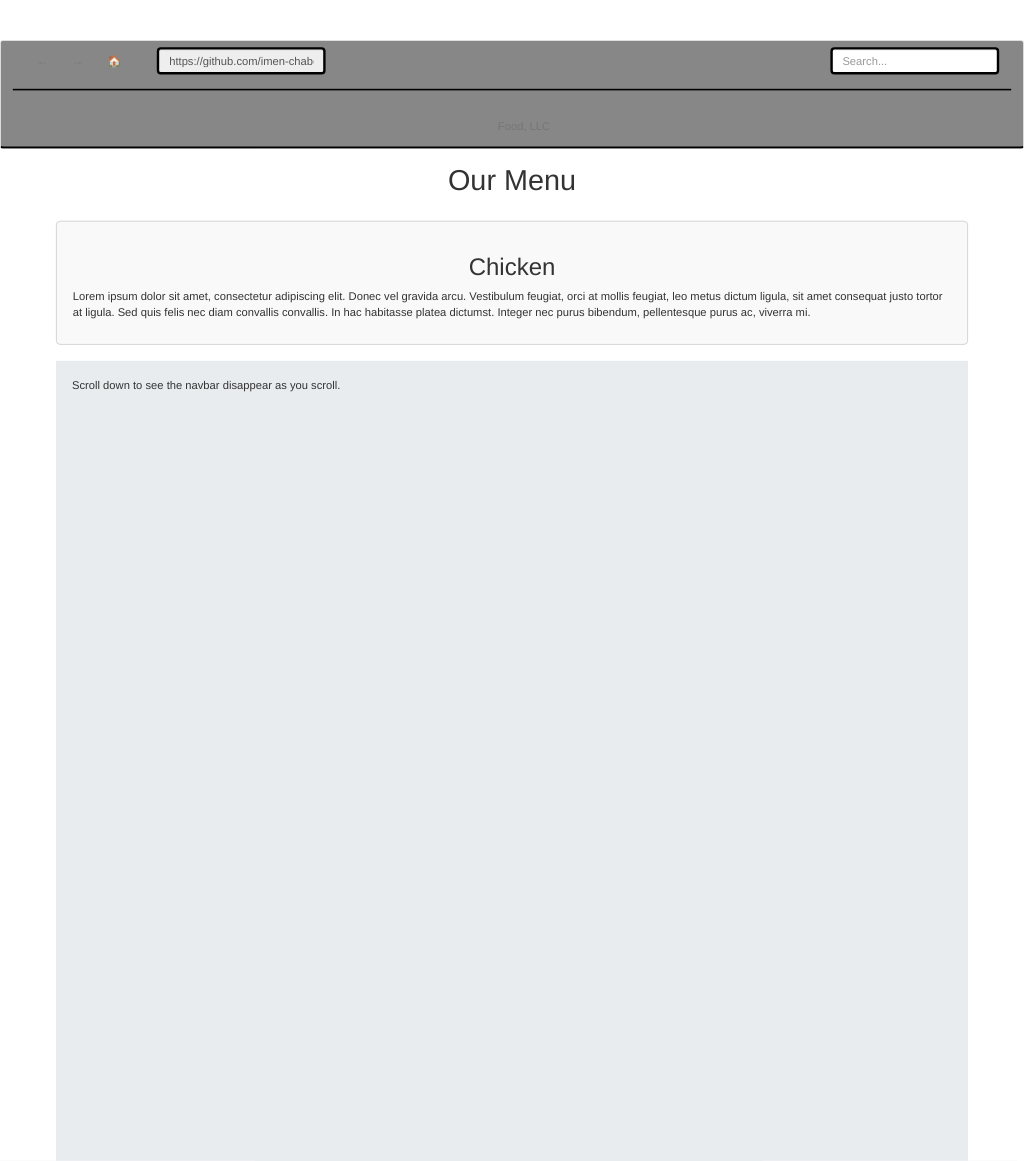
Repository: imen-chabchoub/coursera-test1
Page: mod3-solution/index.html
The author's editor kept a copy of each file at every save. The page is drawn from the files as they stood at one save, then again after the next save.
The browser window is 1280 px wide. The pictures show the whole page, at 80% of full size.

Above is the page before, as saved 2025-02-12 15:13:26.

After the next save:
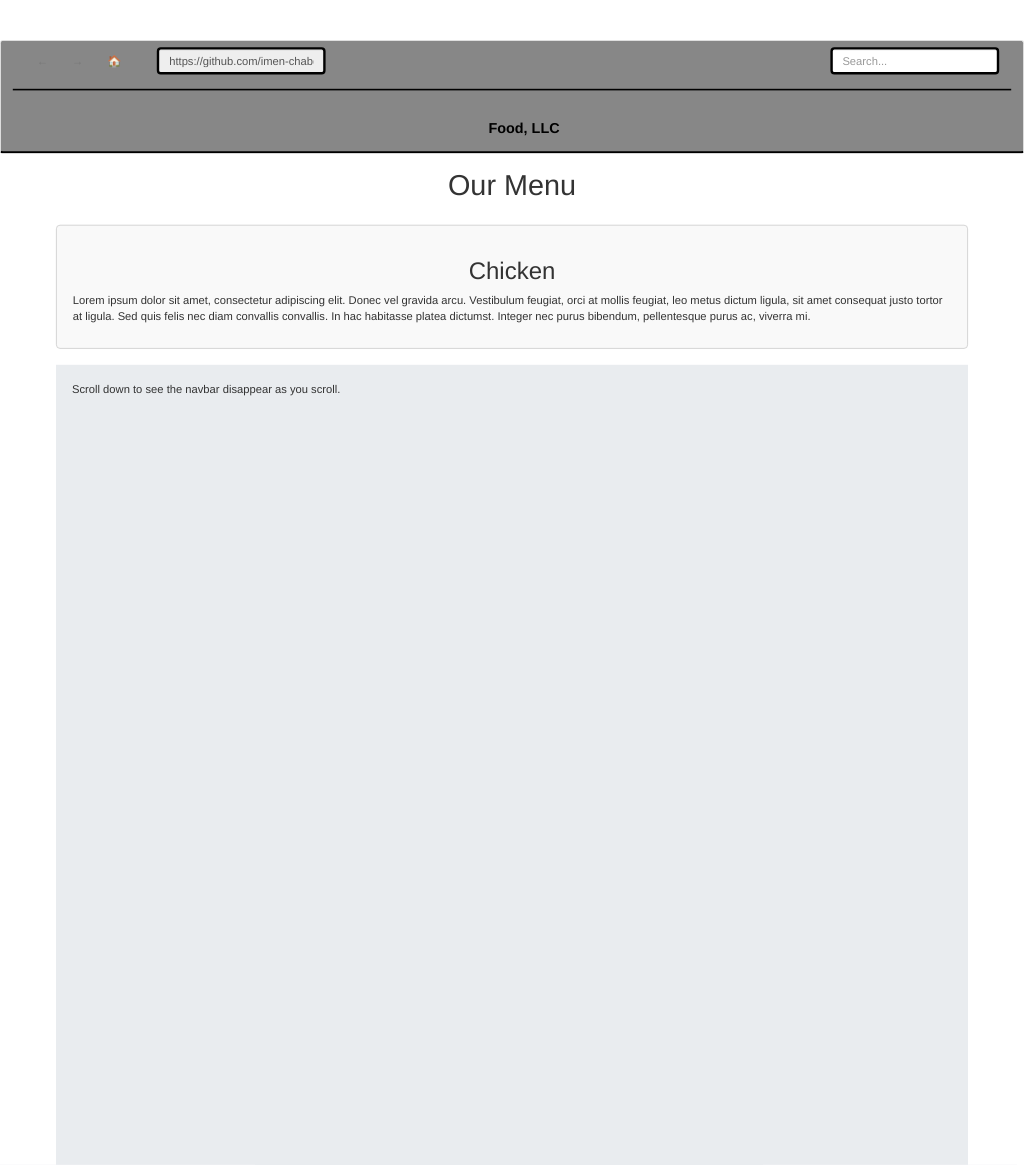
Saved 23 s later.
--- a/mod3-solution/css/style.css
+++ b/mod3-solution/css/style.css
@@ -18,6 +18,11 @@ body {
     text-align: center;
     width: 100%;
     padding-top: 10px;
+}
+.navbar-brand-text {
+    font-weight: bold;
+    color: black;
+    font-size: 18px;
 }
 
 .nav-url {
@@ -42,9 +47,6 @@ body {
     background-color: #f9f9f9;
 }
 
-
-
-
 .tall-section {
     height: 1000px;
     background-color: #e9ecef;
